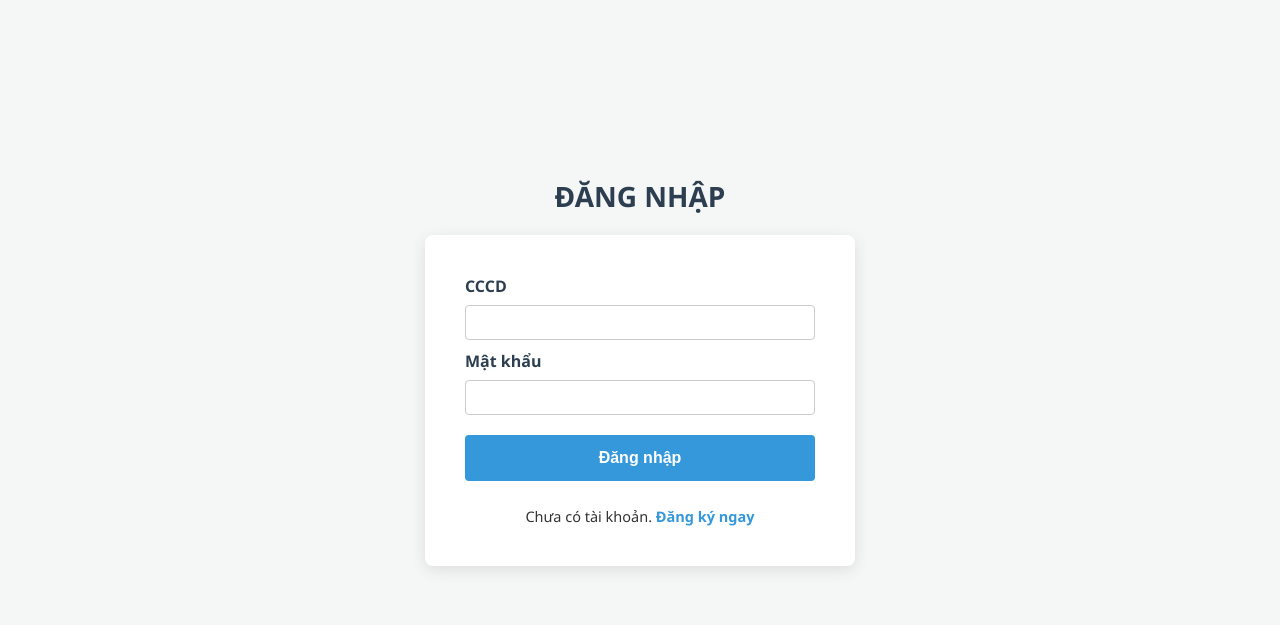
Repository: Chien02/SOAProjects
Page: http://localhost/QuanLyHangHoaWebClient/
An editor plug-in stored every save of this project. The page is shown before and after the next save, followed by the edit.
The browser window is 1280 px wide. The pictures show the whole page.
The page is served by Tomcat 9. Nobody is signed in. The application's start-up code is not run. Other server files are loaded and not shown.

Above is the page before, as saved 2026-03-23 18:35:42.

### QuanLyHangHoaWebClient/WebContent/index.jsp
<%@ page language="java" contentType="text/html; charset=UTF-8"
    pageEncoding="UTF-8"%>
<!DOCTYPE html>
<html>
<head>
	<meta charset="UTF-8">
	<title>ĐĂNG NHẬP</title>
	<link rel="stylesheet" href="styles/login.css">
</head>
<body>
	<h2>ĐĂNG NHẬP</h2>
	<p style="color: red;">${errorMsg}</p>
	<form action="customer" method="POST">
		<label for="cccd">CCCD</label>
		<input type="text" name="cccd">

		<label for="password">Mật khẩu</label>
		<input type="password" name="password">

		<button type="submit" name="action" value="dangNhap">Đăng nhập</button>

		<p>Chưa có tài khoản. <a href="register.jsp">Đăng ký ngay</a></p>
	</form>
</body>
</html>

### QuanLyHangHoaWebClient/WebContent/styles/login.css
/* =========================================
   CÀI ĐẶT CHUNG (Trang Đăng Nhập)
   ========================================= */
body {
    font-family: 'Segoe UI', Tahoma, Geneva, Verdana, sans-serif;
    background-color: #f4f7f6;
    color: #333;
    margin: 0;

    /* Dùng Flexbox để căn giữa toàn bộ nội dung ra giữa màn hình */
    display: flex;
    flex-direction: column;
    align-items: center;
    justify-content: center;
    height: 100vh;
}

h2 {
    color: #2c3e50;
    margin-bottom: 20px;
    text-align: center;
    font-size: 28px;
}

/* =========================================
   FORM ĐĂNG NHẬP
   ========================================= */
form {
    background-color: #ffffff;
    padding: 40px;
    border-radius: 8px;
    box-shadow: 0 4px 15px rgba(0, 0, 0, 0.1);
    width: 100%;
    max-width: 350px;
    display: flex;
    flex-direction: column; /* Xếp các input dọc xuống */
}

form label {
    font-weight: bold;
    margin-bottom: 8px;
    color: #2c3e50;
}

form input[type="text"],
form input[type="password"] {
    padding: 8px;
    border: 1px solid #ccc;
    border-radius: 4px;
    font-size: 15px;
    outline: none;
    transition: border 0.3s;
    margin-bottom: 10px; /* Tạo khoảng cách mà không cần thẻ <br> trong HTML */
    width: 100%;
    box-sizing: border-box; /* Giúp padding không làm tràn chiều rộng */
}

form input[type="text"]:focus,
form input[type="password"]:focus {
    border-color: #3498db;
    box-shadow: 0 0 5px rgba(52, 152, 219, 0.3);
}

/* =========================================
   NÚT BẤM & LIÊN KẾT
   ========================================= */
button {
    background-color: #3498db;
    color: white;
    border: none;
    padding: 14px;
    font-size: 16px;
    border-radius: 4px;
    cursor: pointer;
    font-weight: bold;
    transition: background 0.3s;
    width: 100%;
    margin-top: 10px;
}

button:hover {
    background-color: #2980b9;
}

form p {
    text-align: center;
    margin-top: 25px;
    margin-bottom: 0;
    font-size: 14.5px;
}

form p a {
    color: #3498db;
    text-decoration: none;
    font-weight: bold;
    transition: color 0.2s;
}

form p a:hover {
    color: #2980b9;
    text-decoration: underline;
}

/* =========================================
   THÔNG BÁO LỖI (Trang trí lại cho đẹp)
   ========================================= */
p[style*="color: red;"] {
    background-color: #ffebee;
    color: #c62828 !important; /* Đè lại màu đỏ mặc định của bạn cho dịu mắt hơn */
    padding: 12px;
    border-radius: 4px;
    border: 1px solid #ef9a9a;
    margin-bottom: 20px;
    width: 100%;
    max-width: 350px;
    box-sizing: border-box;
    text-align: center;
    font-weight: bold;
    display: none; /* Ẩn đi mặc định */
}

/* Chỉ hiện thông báo lỗi khi có nội dung bên trong */
p[style*="color: red;"]:not(:empty) {
    display: block;
}

After the next save:
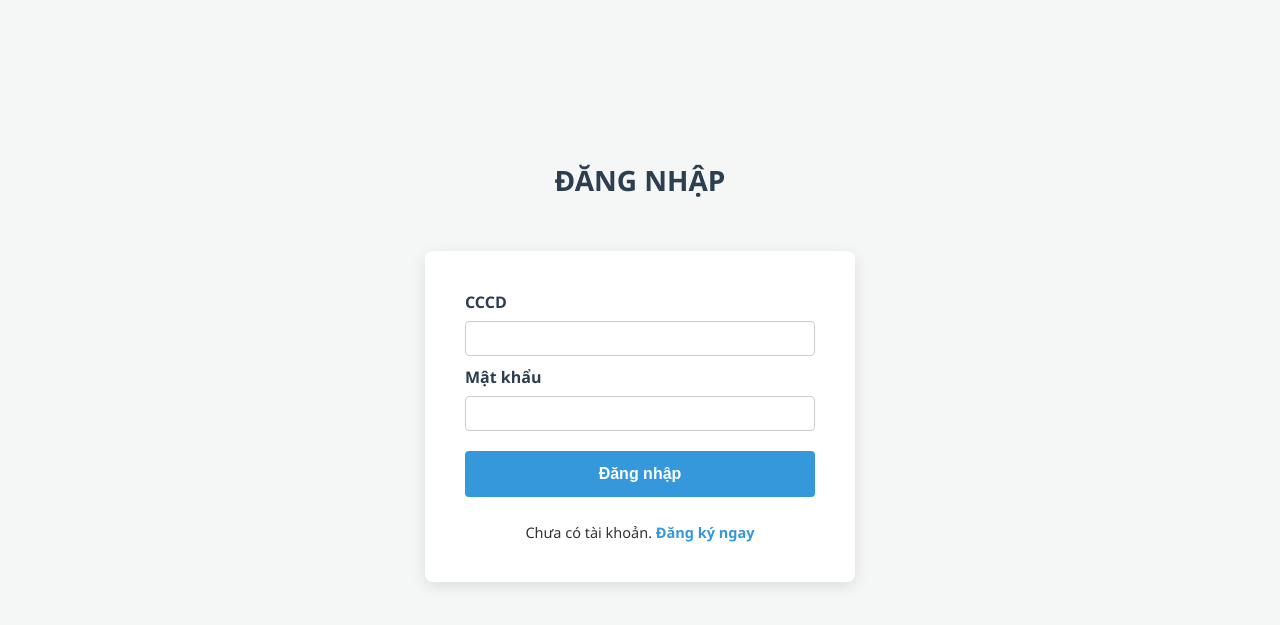
Saved 20 s later.
--- a/QuanLyHangHoaWebClient/WebContent/index.jsp
+++ b/QuanLyHangHoaWebClient/WebContent/index.jsp
@@ -10,6 +10,7 @@
 <body>
 	<h2>ĐĂNG NHẬP</h2>
 	<p style="color: red;">${errorMsg}</p>
+	<p style="color: green;">${successMsg}</p>
 	<form action="customer" method="POST">
 		<label for="cccd">CCCD</label>
 		<input type="text" name="cccd">
